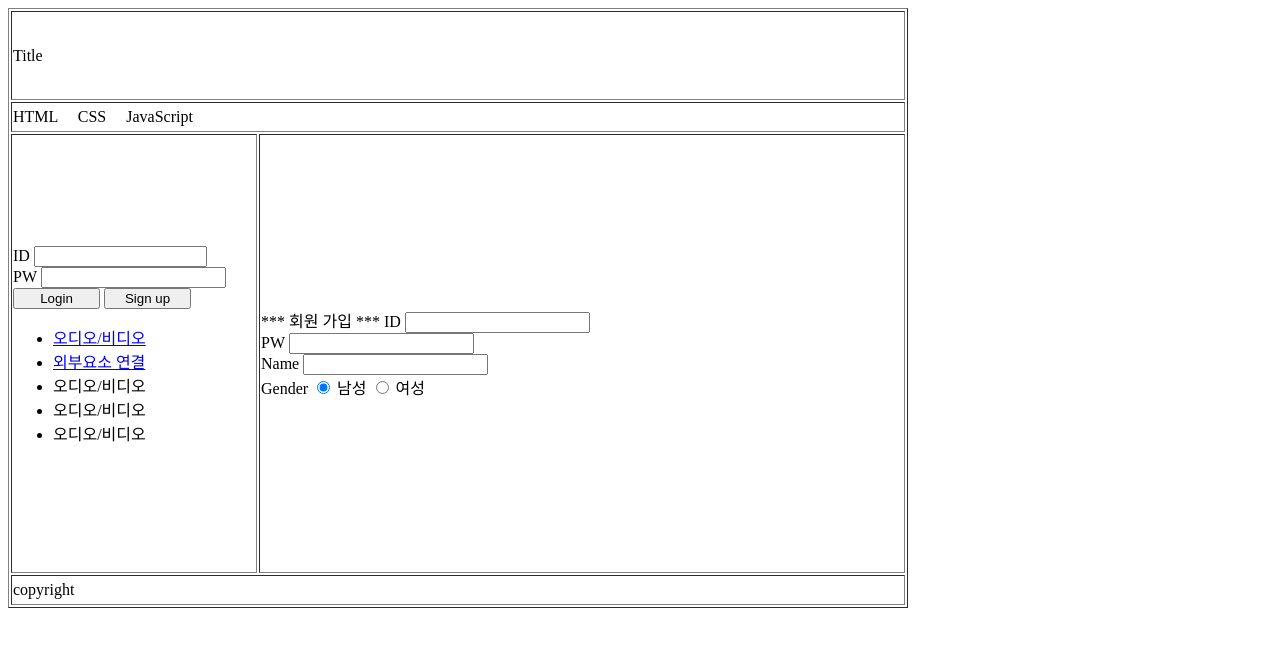
Repository: Hwangjiwon/MultiCampus
Page: http://localhost/2Study/jsp/member_insert.jsp
An editor plug-in stored every save of this project. The page is shown before and after the next save, followed by the edit.
The browser window is 1280 px wide. The pictures show the whole page.
The page is served by Tomcat 9. Other server files are loaded and not shown.

Above is the page before, as saved 2019-05-31 01:58:35.

### 2Study/WebContent/jsp/member_insert.jsp
<%@ page language="java" contentType="text/html; charset=UTF-8"
	pageEncoding="UTF-8"%>

<jsp:include page="header.jsp"></jsp:include>
<jsp:include page="side.jsp"></jsp:include>
<td>

	*** 회원 가입 ***
	ID <input type = "text" name = "id" > <br>
	PW <input type = "text" name = "pw" > <br>
	Name <input type = "text" name = "name"> <br>
	Gender <input type = "radio" name = gender" value = "male" checked /> 남성
	<input type = "radio" name = gender" value = "female" /> 여성 <br>

</td>
</tr>
<jsp:include page="copyright.jsp"></jsp:include>

### 2Study/WebContent/jsp/header.jsp
<%@ page language="java" contentType="text/html; charset=UTF-8"
	pageEncoding="UTF-8"%>
<!DOCTYPE html>
<html>
<head>
<meta charset="UTF-8">
<title>HOME</title>
</head>
<body>
	<table border="1" width="900" height="600">
		<tr height="15%">
			<td colspan="2">Title</td>
		</tr>
		<tr height="5%">
			<td colspan="2">HTML &nbsp;&nbsp;&nbsp; CSS &nbsp;&nbsp;&nbsp;
				JavaScript</td>
		</tr>

### 2Study/WebContent/jsp/side.jsp
<%@ page language="java" contentType="text/html; charset=UTF-8"
	pageEncoding="UTF-8"%>
<tr>
	<td width="20%">
		<!-- Java code가 들어갈 수 있는 부분 -->
		<%
			String username = (String)session.getAttribute("username");
			if(username != null) { //login_ok
		%>

			${username}님, 환영합니다.

		<form action="/2Study/Main?sign=logout" method="post">
			<input type="submit" value="Logout">
		</form>

		<%
			} else {
		%>
			<!-- 절대경로화 해서 서블릿으로 요청 보내기 -->
			<form style="width: 242px;" method="post" action="/2Study/Main?sign=login">
				ID <input name="id" style="width: 165px;"><br>
				PW <input name="pw" type="password"><br>
					<input type="submit" value="Login" style="width: 87px;">
					<a href = "/2Study/jsp/member_insert.jsp">
						<input type="button" value="Sign up" style="width: 87px;">
					</a>
			</form>

		<%
			}
		%>

		<ul>
			<!-- Context명부터 써줘서 절대경로화! /프로젝트명/... -->
			<li><a href="/2Study/jsp/audio_video.jsp">오디오/비디오</a></li>
			<li><a href="/2Study/jsp/iframe.jsp">외부요소 연결</a></li>
			<li>오디오/비디오</li>
			<li>오디오/비디오</li>
			<li>오디오/비디오</li>
		</ul>
	</td>

### 2Study/WebContent/jsp/copyright.jsp
<%@ page language="java" contentType="text/html; charset=UTF-8"
	pageEncoding="UTF-8"%>

<tr height="5%">
	<td colspan="2">copyright</td>
</tr>
</table>

</body>
</html>

After the next save:
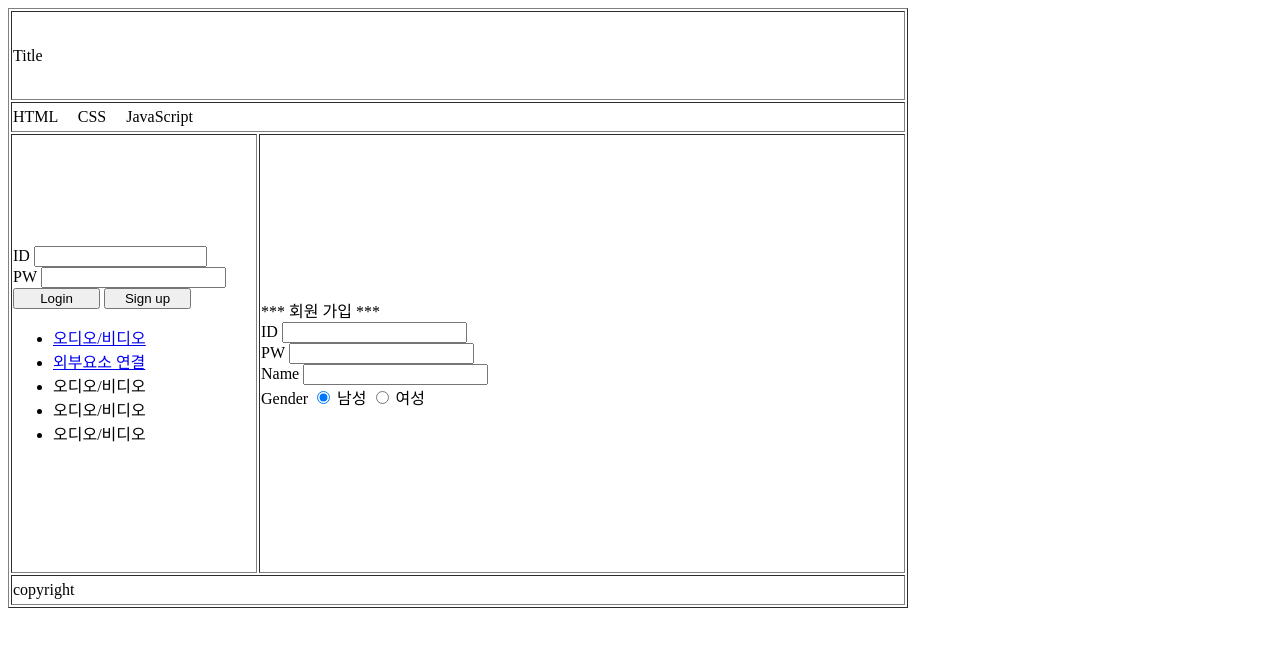
Saved 20 s later.
--- a/2Study/WebContent/jsp/member_insert.jsp
+++ b/2Study/WebContent/jsp/member_insert.jsp
@@ -5,7 +5,7 @@
 <jsp:include page="side.jsp"></jsp:include>
 <td>
 
-	*** 회원 가입 ***
+	*** 회원 가입 *** <br>
 	ID <input type = "text" name = "id" > <br>
 	PW <input type = "text" name = "pw" > <br>
 	Name <input type = "text" name = "name"> <br>
